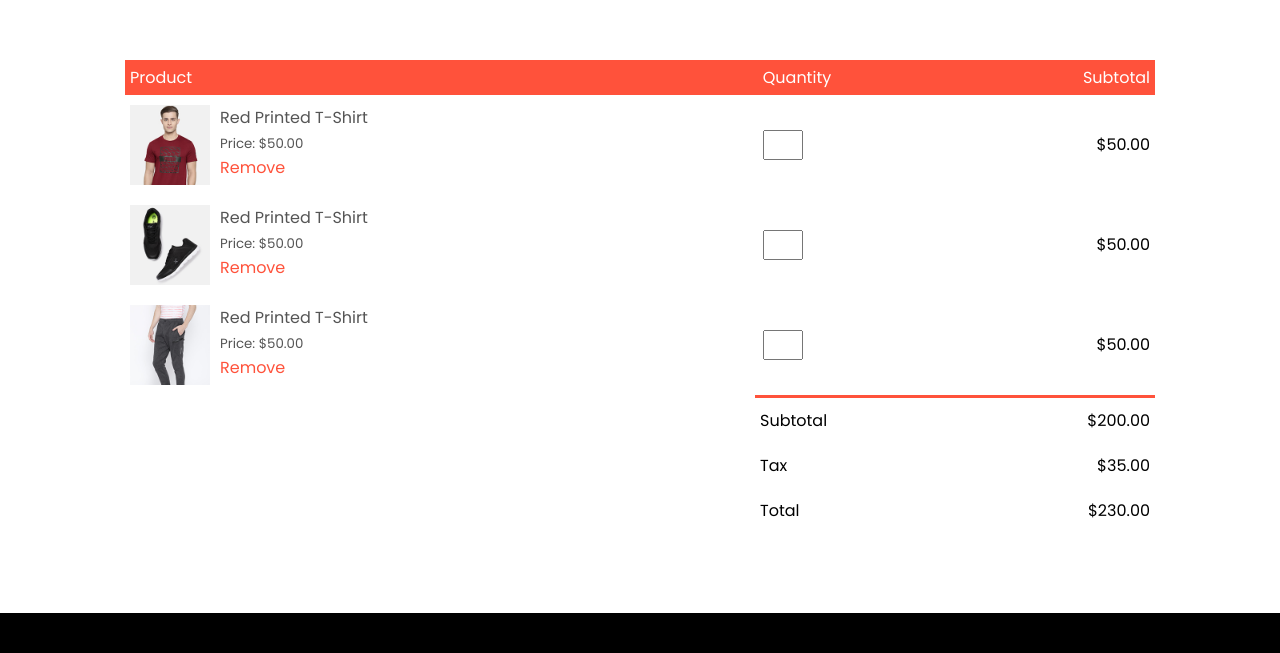
Repository: Barnabasbag/shoe_store-main
Page: cart.html
An editor plug-in stored every save of this project. The page is shown before and after the next save, followed by the edit.
The browser window is 1280 px wide. The pictures show the part of the page from y = 161 to 814 px (the page is 1139 px tall).
Pictures or frames that could not be fetched are drawn as grey boxes. A picture or video elsewhere on the page could not be fetched, so the positions and the page height are approximate.

Above is the page before, as saved 2024-04-15 22:46:46.

After the next save:
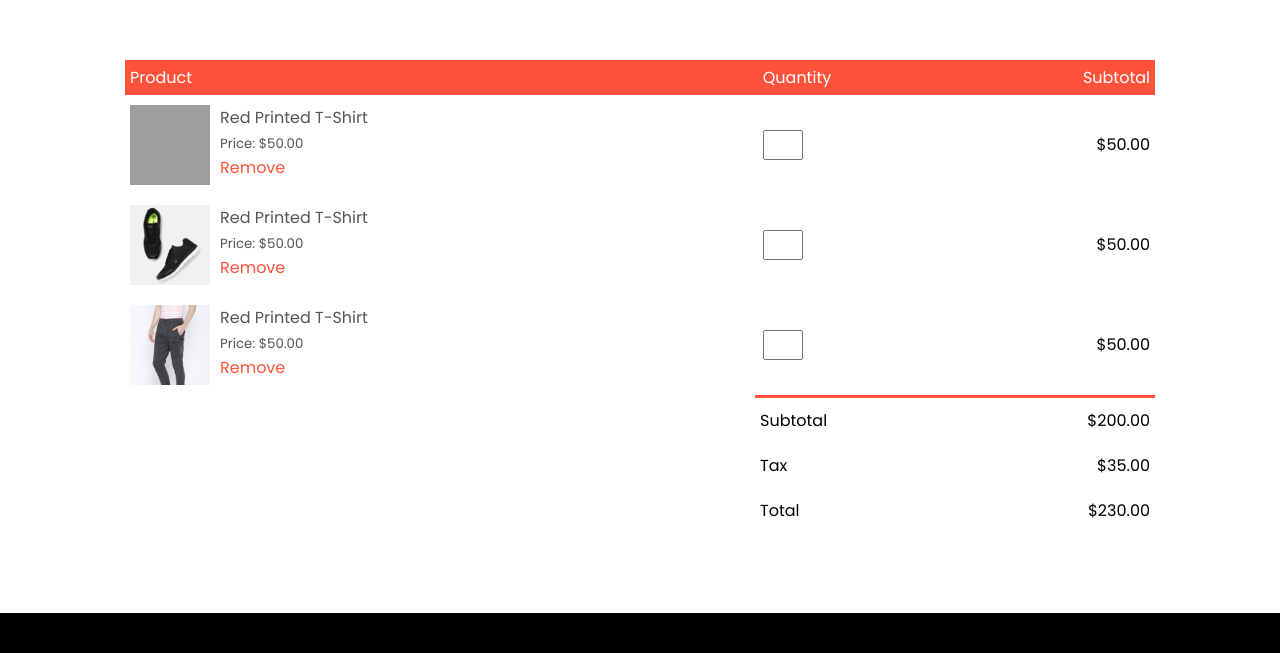
Saved 3 min 17 s later.
--- a/cart.html
+++ b/cart.html
@@ -49,7 +49,7 @@
             <tr>
                 <td>
                     <div class="cart-info">
-                        <img src="images/buy-1.jpg">
+                        <img src="C:\Users\LENOVO\Downloads\shoe_store-main\shoe_store-main\images\61xV7vz+nRL._SY695_.jpg">
                         <div>
                             <p>Red Printed T-Shirt</p>
                             <small>Price: $50.00</small><br>
